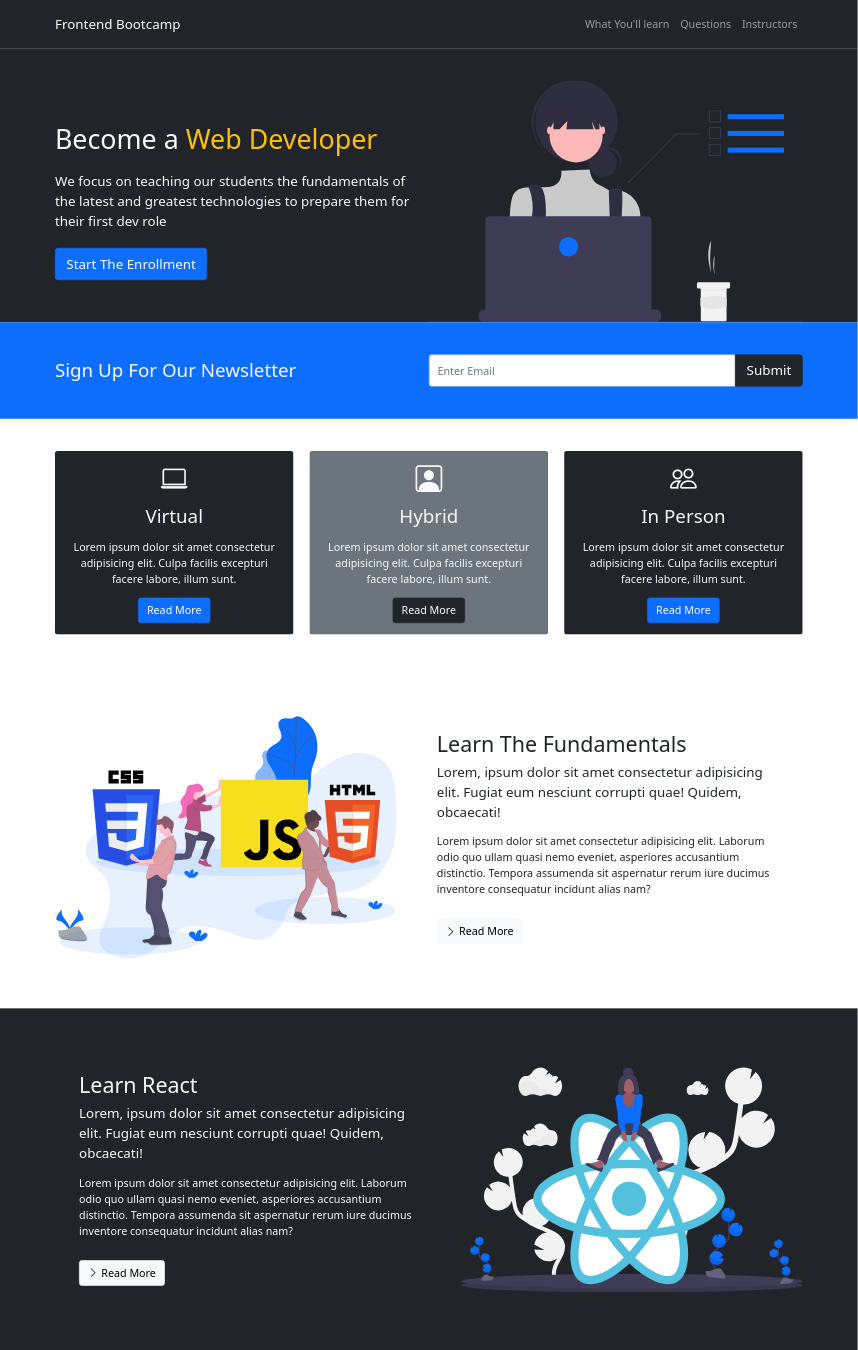
Repository: Marhamat92/Bootstrap5-Responsive-Website-
Page: index.html
The author's editor kept a copy of each file at every save. The page is drawn from the files as they stood at one save, then again after the next save.
The browser window is 1280 px wide. The pictures show the whole page, at 67% of full size.
Some web libraries are served in a nearby version.

Above is the page before, as saved 2021-09-18 17:48:28.

### index.html
<!DOCTYPE html>
<html lang="en">

<head>
    <meta charset="UTF-8">
    <meta http-equiv="X-UA-Compatible" content="IE=edge">
    <meta name="viewport" content="width=device-width, initial-scale=1.0">
    <link href="https://cdn.jsdelivr.net/npm/bootstrap@5.0.2/dist/css/bootstrap.min.css" rel="stylesheet"
        integrity="sha384-EVSTQN3/azprG1Anm3QDgpJLIm9Nao0Yz1ztcQTwFspd3yD65VohhpuuCOmLASjC" crossorigin="anonymous">
    <link rel="stylesheet" href="https://cdn.jsdelivr.net/npm/bootstrap-icons@1.3.0/font/bootstrap-icons.css">
    <link rel="stylesheet" href="style.css">
    <title>Frontend Bootcamp</title>

</head>

<body>
    <!--Navbar-->
    <nav class="navbar navbar-expand-lg bg-dark navbar-dark py-3">
        <div class="container">
            <a href="#" class="navbar-brand">Frontend Bootcamp</a>
            <button class="navbar-toggler" type="button" data-bs-toggle="collapse" data-bs-target="#navmenu">
                <span class="navbar-toggler-icon"></span>
            </button>
            <div class="collapse navbar-collapse" id="navmenu">
                <ul class="navbar-nav ms-auto">
                    <li class="nav-item">
                        <a href="#learn" class="nav-link">What You'll learn</a>
                    </li>
                    <li class="nav-item">
                        <a href="#questions" class="nav-link">Questions</a>
                    </li>
                    <li class="nav-item">
                        <a href="#instructors" class="nav-link">Instructors</a>
                    </li>
                </ul>
            </div>
        </div>
    </nav>

    <!--Showcase-->

    <section class="bg-dark text-light p-5 p-lg-0 pt-lg-5 text-center text-sm-start">
        <div class="container">
            <div class="d-sm-flex align-items-center justify-content-between">
                <div>
                    <h1>Become a <span class="text-warning">Web Developer</span> </h1>
                    <p class="lead my-4">We focus on teaching our students the fundamentals of the latest and
                        greatest technologies to prepare them for their first dev role
                    </p>
                    <button class="btn btn-primary btn-lg">Start The Enrollment</button>
                </div>
                <img class="img-fluid w-50 d-none d-sm-block" src="img/showcase.svg" alt="showcase">
            </div>
        </div>
    </section>


    <!--Newsletter-->
    <section class=" bg-primary text-light p-5">
        <div class="container">
            <div class="d-md-flex justify-content-between align-items-center">
                <h3 class="mb-3 mb-md-0">Sign Up For Our Newsletter</h3>
                <div class="input-group news-input">
                    <input type="text" class="form-control" placeholder="Enter Email">
                    <button class="btn btn-dark btn-lg" type="button">Submit</button>
                </div>

            </div>
        </div>
    </section>

    <!--Boxes-->
    <section class="p-5">
        <div class="container">
            <div class="row text-center g-4">
                <div class="col-md">
                    <div class="card bg-dark text-light">
                        <div class="card-body text-center">
                            <div class="h1 mb-3"><i class="bi bi-laptop"></i>
                            </div>
                            <h3 class="title mb-3">Virtual</h3>
                            <p class="card-text">
                                Lorem ipsum dolor sit amet consectetur adipisicing elit. Culpa facilis excepturi facere
                                labore, illum sunt.
                            </p>
                            <a href="#" class="btn btn-primary">Read More</a>
                        </div>
                    </div>
                </div>
                <div class="col-md">
                    <div class="card bg-secondary text-light">
                        <div class="card-body text-center">
                            <div class="h1 mb-3"><i class="bi bi-person-square"></i>
                            </div>
                            <h3 class="title mb-3">Hybrid</h3>
                            <p class="card-text">
                                Lorem ipsum dolor sit amet consectetur adipisicing elit. Culpa facilis excepturi facere
                                labore, illum sunt.
                            </p>
                            <a href="#" class="btn btn-dark">Read More</a>
                        </div>
                    </div>
                </div>
                <div class="col-md">
                    <div class="card bg-dark text-light">
                        <div class="card-body text-center">
                            <div class="h1 mb-3"><i class="bi bi-people"></i>
                            </div>
                            <h3 class="title mb-3">In Person</h3>
                            <p class="card-text">
                                Lorem ipsum dolor sit amet consectetur adipisicing elit. Culpa facilis excepturi facere
                                labore, illum sunt.
                            </p>
                            <a href="#" class="btn btn-primary">Read More</a>
                        </div>
                    </div>
                </div>
            </div>
        </div>
    </section>

    <!--Learn Sections-->
    <section id="learn" class="p-5">
        <div class="container">
            <div class="row align-items-center justify-content-between">
                <div class="col-md">
                    <img src="img/fundamentals.svg" class="img-fluid" alt="">
                </div>
                <div class="col-md p-5">
                    <h2>Learn The Fundamentals</h2>
                    <p class="lead">
                        Lorem, ipsum dolor sit amet consectetur adipisicing elit. Fugiat eum nesciunt corrupti quae!
                        Quidem, obcaecati!
                    </p>
                    <p>Lorem ipsum dolor sit amet consectetur adipisicing elit. Laborum odio quo ullam quasi nemo eveniet, asperiores accusantium distinctio. Tempora assumenda sit aspernatur rerum iure ducimus inventore consequatur incidunt alias nam?</p>
                    <a href="#" class="btn btn-light mt-3"><i class="bi bi-chevron-right"></i> Read More</a>
                </div>
            </div>
        </div>
    </section>


<!--react section-->
    <section id="learn" class="p-5 bg-dark text-light">
        <div class="container">
            <div class="row align-items-center justify-content-between">
                <div class="col-md p-5">
                    <h2>Learn React</h2>
                    <p class="lead">
                        Lorem, ipsum dolor sit amet consectetur adipisicing elit. Fugiat eum nesciunt corrupti quae!
                        Quidem, obcaecati!
                    </p class="lead">
                    <p>Lorem ipsum dolor sit amet consectetur adipisicing elit. Laborum odio quo ullam quasi nemo eveniet, asperiores accusantium distinctio. Tempora assumenda sit aspernatur rerum iure ducimus inventore consequatur incidunt alias nam?</p>
                    <a href="#" class="btn btn-light mt-3"><i class="bi bi-chevron-right"></i> Read More</a>
                </div>
                <div class="col-md">
                    <img src="img/react.svg" class="img-fluid" alt="">
                </div>
            </div>
        </div>
    </section>


















    <script src="https://cdn.jsdelivr.net/npm/bootstrap@5.0.2/dist/js/bootstrap.bundle.min.js"
        integrity="sha384-MrcW6ZMFYlzcLA8Nl+NtUVF0sA7MsXsP1UyJoMp4YLEuNSfAP+JcXn/tWtIaxVXM" crossorigin="anonymous">
    </script>
</body>

</html>

### style.css
@media (min-width:768px) {
    .news-input{
        width:50%;
    }
}

After the next save:
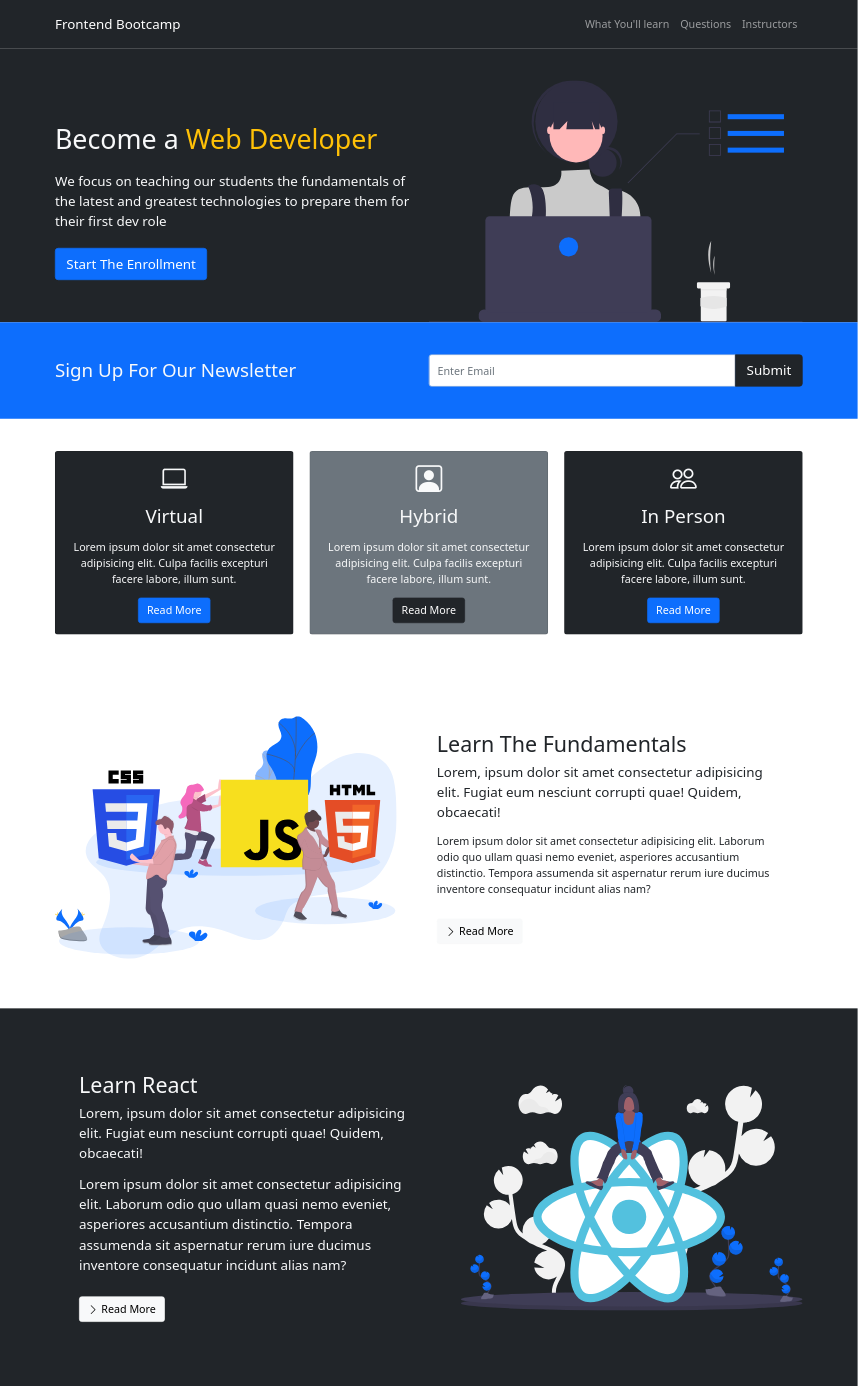
Saved 28 s later.
--- a/index.html
+++ b/index.html
@@ -149,8 +149,8 @@
                     <p class="lead">
                         Lorem, ipsum dolor sit amet consectetur adipisicing elit. Fugiat eum nesciunt corrupti quae!
                         Quidem, obcaecati!
-                    </p class="lead">
-                    <p>Lorem ipsum dolor sit amet consectetur adipisicing elit. Laborum odio quo ullam quasi nemo eveniet, asperiores accusantium distinctio. Tempora assumenda sit aspernatur rerum iure ducimus inventore consequatur incidunt alias nam?</p>
+                    </p>
+                    <p class="lead">Lorem ipsum dolor sit amet consectetur adipisicing elit. Laborum odio quo ullam quasi nemo eveniet, asperiores accusantium distinctio. Tempora assumenda sit aspernatur rerum iure ducimus inventore consequatur incidunt alias nam?</p>
                     <a href="#" class="btn btn-light mt-3"><i class="bi bi-chevron-right"></i> Read More</a>
                 </div>
                 <div class="col-md">
